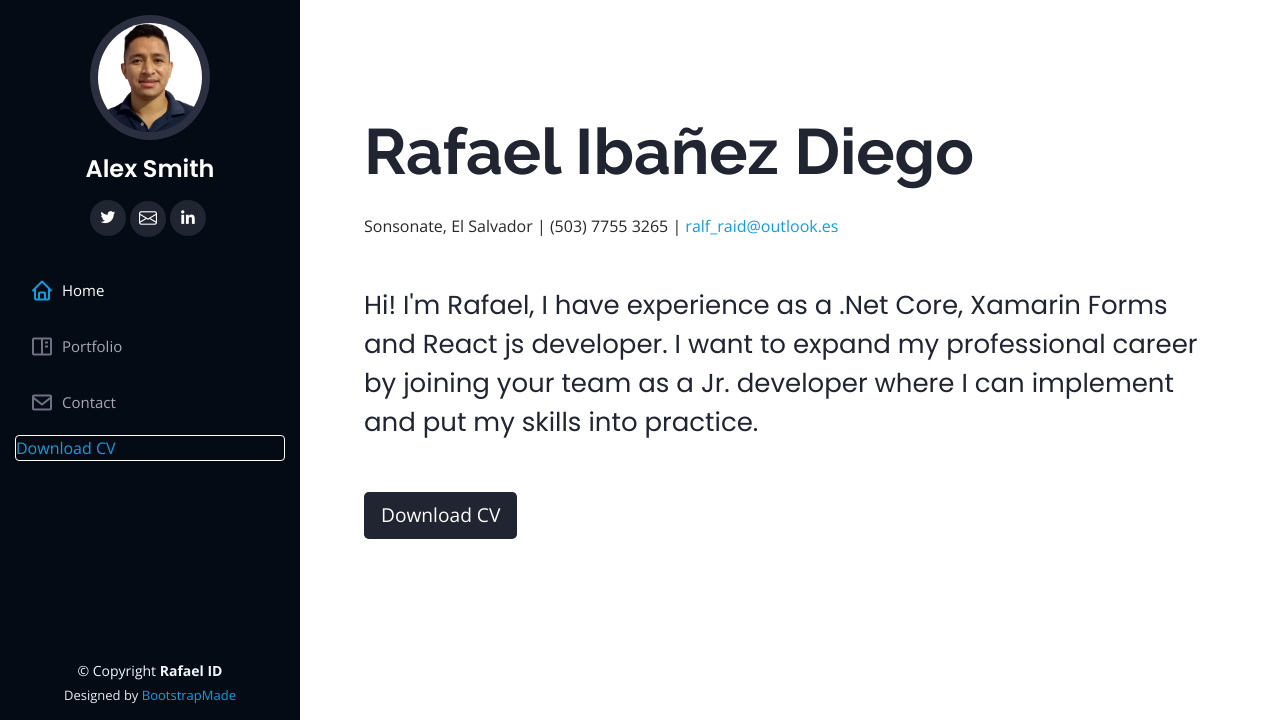
Repository: ralfId/myportfolio
Page: /
The author's editor kept a copy of each file at every save. The page is drawn from the files as they stood at one save, then again after the next save.
The browser window is 1280 px wide. The pictures show the whole page.
The project was rebuilt for these pictures with package versions that can differ from the ones it lists, and the page was loaded fresh each time. Also part of the build but not shown: src/data/projects.js, src/components/Projects/ProjectItem.js, src/components/Projects/ProjectIndex.js, src/helpers/ProjectById.js, src/components/Projects/ProjectDetail.js.

Above is the page before, as saved 2021-09-20 16:43:08.

### public/index.html
<!DOCTYPE html>
<html lang="en">

<head>
  <meta charset="utf-8" />
  <link rel="icon" href="%PUBLIC_URL%/favicon.ico" />
  <meta name="viewport" content="width=device-width, initial-scale=1" />
  <meta name="theme-color" content="#000000" />
  <meta name="description" content="Web site created using create-react-app" />
  <link rel="apple-touch-icon" href="%PUBLIC_URL%/logo192.png" />
  <link rel="manifest" href="%PUBLIC_URL%/manifest.json" />

  <!-- Google Fonts -->
  <link
    href="https://fonts.googleapis.com/css?family=Open+Sans:300,300i,400,400i,600,600i,700,700i|Raleway:300,300i,400,400i,500,500i,600,600i,700,700i|Poppins:300,300i,400,400i,500,500i,600,600i,700,700i"
    rel="stylesheet">

  <!-- Vendor CSS Files -->
  <link href="vendor/aos/aos.css" rel="stylesheet">
  <link href="vendor/bootstrap/css/bootstrap.min.css" rel="stylesheet">
  <link href="vendor/bootstrap-icons/bootstrap-icons.css" rel="stylesheet">
  <link href="vendor/boxicons/css/boxicons.min.css" rel="stylesheet">
  <link href="vendor/glightbox/css/glightbox.min.css" rel="stylesheet">
  <link href="vendor/swiper/swiper-bundle.min.css" rel="stylesheet">

  <!-- Template Main CSS File -->
  <link href="css/style.css" rel="stylesheet">
  <title>React App</title>

  <!-- =======================================================
  * Template Name: iPortfolio - v3.3.0
  * Template URL: https://bootstrapmade.com/iportfolio-bootstrap-portfolio-websites-template/
  * Author: BootstrapMade.com
  * License: https://bootstrapmade.com/license/
  ======================================================== -->
</head>

<body>
  <noscript>You need to enable JavaScript to run this app.</noscript>
  <div id="root"></div>
  <!--
      This HTML file is a template.
      If you open it directly in the browser, you will see an empty page.

      You can add webfonts, meta tags, or analytics to this file.
      The build step will place the bundled scripts into the <body> tag.

      To begin the development, run `npm start` or `yarn start`.
      To create a production bundle, use `npm run build` or `yarn build`.
    -->
 <!-- Vendor JS Files -->
 <script src="vendor/aos/aos.js" type="text/javascript"></script>
 <script src="vendor/bootstrap/js/bootstrap.bundle.min.js" type="text/javascript"></script>
 <script src="vendor/glightbox/js/glightbox.min.js" type="text/javascript"></script>
 <script src="vendor/isotope-layout/isotope.pkgd.min.js" type="text/javascript"></script>
 <script src="vendor/php-email-form/validate.js" type="text/javascript"></script>
 <script src="vendor/purecounter/purecounter.js" type="text/javascript"></script>
 <script src="vendor/swiper/swiper-bundle.min.js" type="text/javascript"></script>
 <script src="vendor/typed.js/typed.min.js" type="text/javascript"></script>
 <script src="vendor/waypoints/noframework.waypoints.js" type="text/javascript"></script>

 <!-- Template Main JS File -->
 <script src="js/main.js" type="text/javascript"></script>

</body>

</html>

### src/components/Nav.js
import React from 'react';
import { useState } from 'react';
import { Link } from 'react-router-dom';
// import raid from '../img/raid.png';

export const Nav = () => {

//   const [isToggle, setIsToggle] = useState(false);

// const toggleNavMob=()=>{
//   setIsToggle(!isToggle)
// }

  return (
    <>

      {/* <i className={`bi bi-list mobile-nav-toggle d-xl-none ${!isToggle ? "bi-list": "bi-x"} } `} onClick={toggleNavMob}></i> */}
      <i className="bi bi-list mobile-nav-toggle d-xl-none"></i>

      <header id="header">
        <div className="d-flex flex-column">

          <div className="profile">
            <img src="/img/profile-img.png" alt="" className="img-fluid rounded-circle" />
            <h1 className="text-light"><a href="index.html">Alex Smith</a></h1>
            <div className="social-links mt-3 text-center">
              <a href="https://twitter.com/ralf_id" className="twitter" target="_blank" rel="noreferrer"><i className="bx bxl-twitter"></i></a>
              <a href="mailto:ralf_raid@outlook.es" className="mail" target="_blank" rel="noreferrer"><i class="bi bi-envelope"></i></a>
              {/* <a href="http://localhost:3000/index" className="instagram" target="_blank" rel="noreferrer"><i className="bx bxl-instagram"></i></a> */}
              <a href="https://www.linkedin.com/in/rafaelid" className="linkedin" target="_blank" rel="noreferrer"><i className="bx bxl-linkedin"></i></a>
            </div>
          </div>

          <nav id="navbar" className="nav-menu navbar">
            <ul>
              <li><Link to="/index" className="nav-link scrollto active"><i className="bx bx-home"></i> <span>Home</span></Link></li>
              {/* <li><Link to="/about" className="nav-link scrollto"><i className="bx bx-user"></i> <span>About</span></Link></li> */}
              <li><Link to="/portfolio" className="nav-link scrollto"><i className="bx bx-book-content"></i> <span>Portfolio</span></Link></li>
              <li><Link to="/contact" className="nav-link scrollto"><i className="bx bx-envelope"></i> <span>Contact</span></Link></li>
            </ul>
          </nav>


          <div className="pt-auto rounded border border-white">
          <a href="https://drive.google.com/file/d/1vJaF_GdrEpqvxunoCtHR6NM8FIdySfaQ/view?usp=sharing"  target="_blank" rel="noreferrer">
                            Download CV
                        </a>
          </div>
        </div>

      </header>

    </>
  )
}

Loaded but not shown: src/index.js (common file); public/vendor/aos/aos.css (library); public/vendor/bootstrap/css/bootstrap.min.css (library); public/vendor/bootstrap-icons/bootstrap-icons.css (library); public/vendor/boxicons/css/boxicons.min.css (library); public/vendor/glightbox/css/glightbox.min.css (library); public/vendor/swiper/swiper-bundle.min.css (library); public/vendor/aos/aos.js (library); public/vendor/bootstrap/js/bootstrap.bundle.min.js (library); public/vendor/glightbox/js/glightbox.min.js (library); public/vendor/isotope-layout/isotope.pkgd.min.js (library); public/vendor/php-email-form/validate.js (common file); public/vendor/purecounter/purecounter.js (library); public/vendor/swiper/swiper-bundle.min.js (library); public/vendor/typed.js/typed.min.js (library); public/vendor/waypoints/noframework.waypoints.js (library); public/js/main.js (267 lines, source omitted); src/components/Home.js (34 lines, source omitted); src/routers/AppRouter.js (32 lines, source omitted); src/components/Footer.js (16 lines, source omitted); src/Portfolio.js (10 lines, source omitted); public/css/style.css (1095 lines, source omitted)

After the next save:
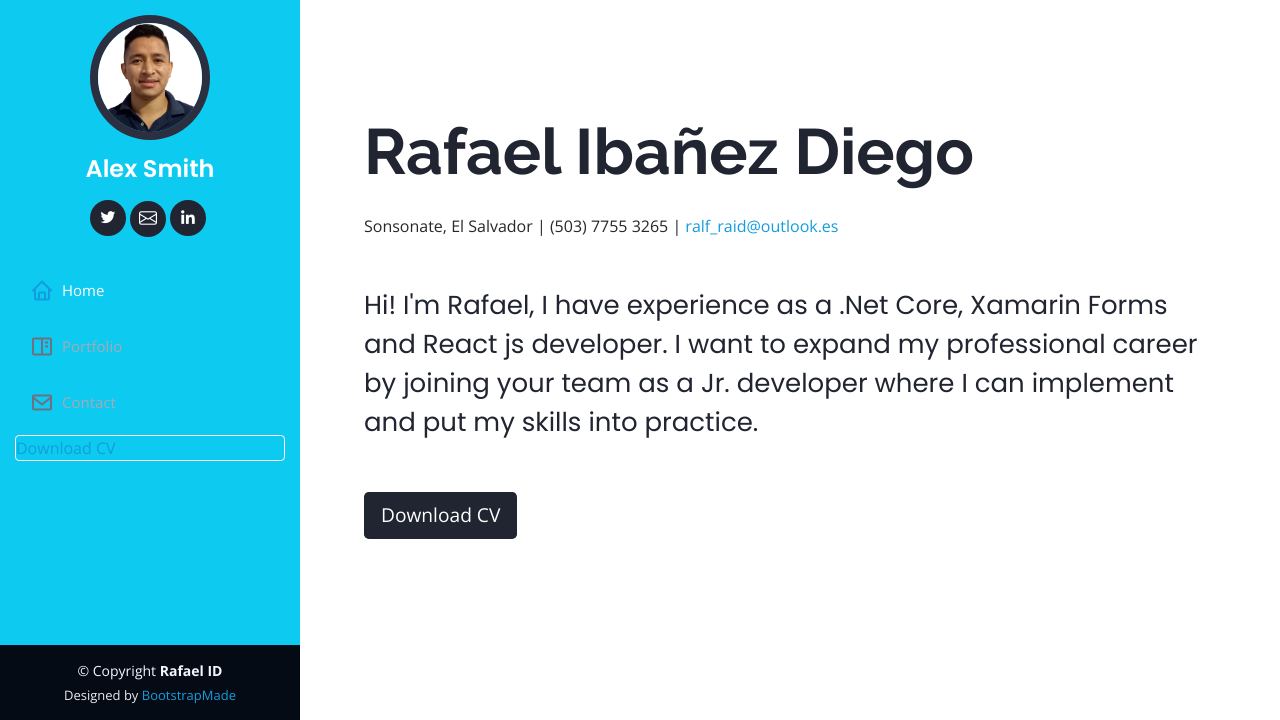
Saved 16 s later.
--- a/src/components/Nav.js
+++ b/src/components/Nav.js
@@ -17,7 +17,7 @@
       {/* <i className={`bi bi-list mobile-nav-toggle d-xl-none ${!isToggle ? "bi-list": "bi-x"} } `} onClick={toggleNavMob}></i> */}
       <i className="bi bi-list mobile-nav-toggle d-xl-none"></i>
 
-      <header id="header">
+      <header id="header" className="bg-info">
         <div className="d-flex flex-column">
 
           <div className="profile">

After the 6 saves that followed:
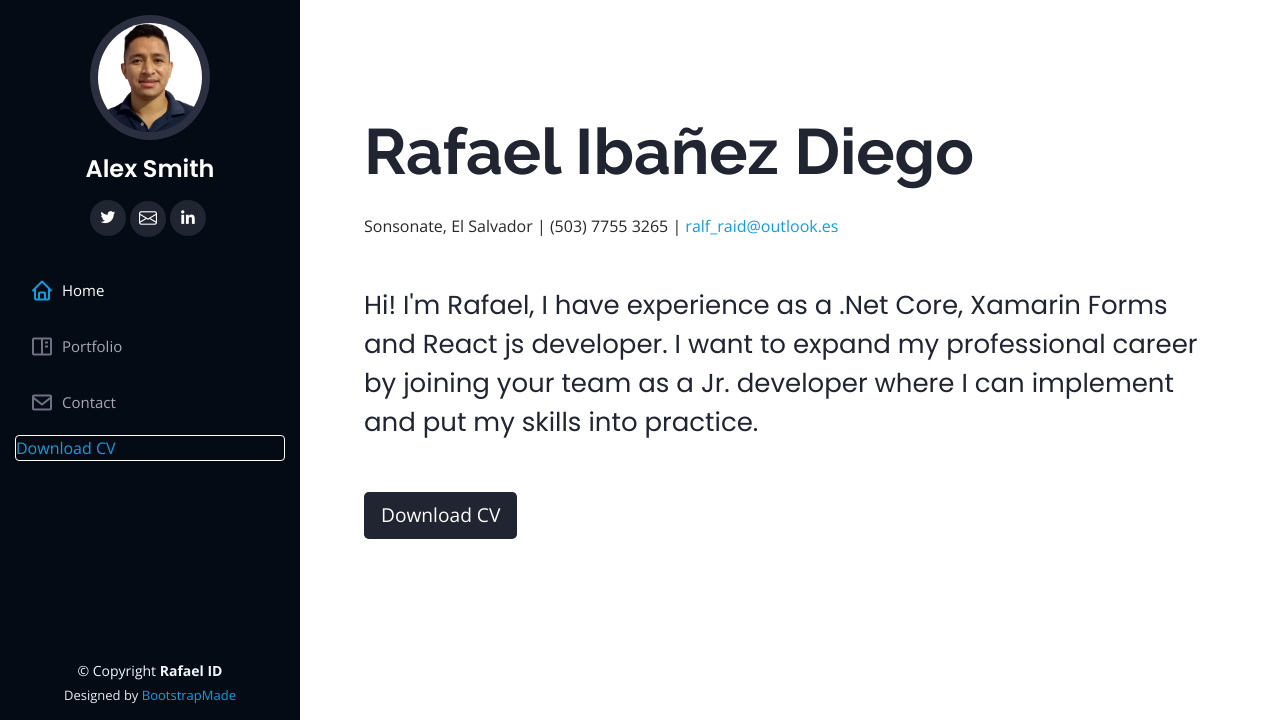
The 6 saves are shown as one change because 5 left the picture as it was.
The last was saved 5 min 28 s later.
--- a/src/components/Nav.js
+++ b/src/components/Nav.js
@@ -17,7 +17,7 @@
       {/* <i className={`bi bi-list mobile-nav-toggle d-xl-none ${!isToggle ? "bi-list": "bi-x"} } `} onClick={toggleNavMob}></i> */}
       <i className="bi bi-list mobile-nav-toggle d-xl-none"></i>
 
-      <header id="header" className="bg-info">
+      <header id="header">
         <div className="d-flex flex-column">
 
           <div className="profile">
@@ -31,7 +31,7 @@
             </div>
           </div>
 
-          <nav id="navbar" className="nav-menu navbar">
+          <nav id="navbar" className="nav-menu navbar mb-auto">
             <ul>
               <li><Link to="/index" className="nav-link scrollto active"><i className="bx bx-home"></i> <span>Home</span></Link></li>
               {/* <li><Link to="/about" className="nav-link scrollto"><i className="bx bx-user"></i> <span>About</span></Link></li> */}
@@ -41,7 +41,7 @@
           </nav>
 
 
-          <div className="pt-auto rounded border border-white">
+          <div className=" rounded border border-white">
           <a href="https://drive.google.com/file/d/1vJaF_GdrEpqvxunoCtHR6NM8FIdySfaQ/view?usp=sharing"  target="_blank" rel="noreferrer">
                             Download CV
                         </a>
